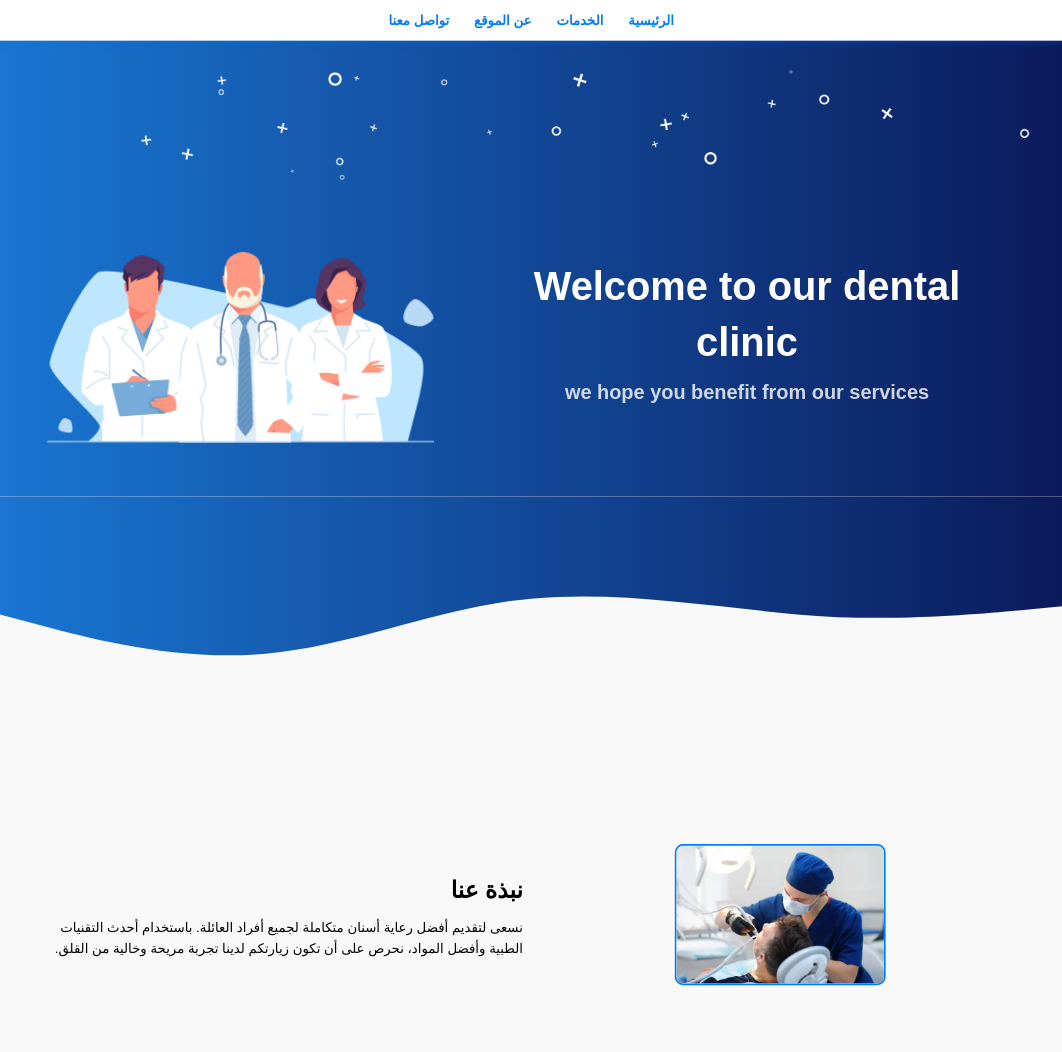
Repository: mysite4/s
Page: http://localhost/
The author's editor kept a copy of each file at every save. The page is drawn from the files as they stood at one save, then again after the next save.
The browser window is 1280 px wide. The pictures show the whole page, at 83% of full size.
Some web fonts or font styles are not loaded; a fallback is used. The page is served by the project's application, run on Django 5.2 (manage.py). Other server files are loaded and not shown.

Above is the page before, as saved 2025-10-19 23:07:15.

### main/templates/home.html
{% load static %}
<!DOCTYPE html>
<html lang="ar" dir="rtl">
<head>
<meta charset="UTF-8">
<meta name="viewport" content="width=device-width, initial-scale=1.0">
<title>هيدر مثل Clindo</title>
<link href="https://fonts.googleapis.com/css2?family=Cairo:wght@200..1000&display=swap" rel="stylesheet">
<link rel="stylesheet" href="{% static 'css/style.css' %}">
</head>
<body>

<nav>
  <ul>
    <li><a href="#">الرئيسية</a></li>
    <li><a href="#">الخدمات</a></li>
    <li><a href="#">عن الموقع</a></li>
    <li><a href="#">تواصل معنا</a></li>
  </ul>
</nav>
<!-- الصورة الشفافة أسفل النافبار -->


<header>
  <div class="header-image">
  <img src="{% static 'image/44.png' %}" alt="صورة شفافة">
</div>
  <div class="header-content">
    <div class="header-text">
      <h1>Welcome to our dental clinic</h1>
      <h3>we hope you benefit from our services</h3>
    </div>
    <div class="header-icon">
      <img src="{% static 'image/r.png.png' %}" alt="ريم">
    </div>
  </div>


</header>
<!-- موجة بعد الهيدر -->
<svg class="waves" xmlns="http://www.w3.org/2000/svg" viewBox="0 0 1440 320">
  <defs>
    <linearGradient id="waveGradient" x1="0%" y1="0%" x2="100%" y2="0%">
      <stop offset="0%" style="stop-color:#1976d2;stop-opacity:1"  />
      <stop offset="100%" style="stop-color:#0b1a5b;stop-opacity:1"/>
    </linearGradient>
  </defs>
  <path fill="url(#waveGradient)"
        d="M0,160L60,176C120,192,240,224,360,213.3C480,203,600,149,720,138.7C840,128,960,149,1080,160C1200,171,1320,160,1380,154.7L1440,149L1440,0L0,0Z">
  </path>
</svg>

<main>
  <div class="about-section">
    <div class="about-image">
      <img src="{% static 'image/9.webp' %}" alt="صورة طبيب أسنان">
    </div>
    <div class="about-text">
      <h2>نبذة عنا</h2>
      <p>نسعى لتقديم أفضل رعاية أسنان متكاملة لجميع أفراد العائلة. باستخدام أحدث التقنيات الطبية وأفضل المواد، نحرص على أن تكون زيارتكم لدينا تجربة مريحة وخالية من القلق.</p>
    </div>
  </div>
</main>



</body>
</html>

### mysite/urls.py
"""
URL configuration for mysite project.

The `urlpatterns` list routes URLs to views. For more information please see:
    https://docs.djangoproject.com/en/5.2/topics/http/urls/
Examples:
Function views
    1. Add an import:  from my_app import views
    2. Add a URL to urlpatterns:  path('', views.home, name='home')
Class-based views
    1. Add an import:  from other_app.views import Home
    2. Add a URL to urlpatterns:  path('', Home.as_view(), name='home')
Including another URLconf
    1. Import the include() function: from django.urls import include, path
    2. Add a URL to urlpatterns:  path('blog/', include('blog.urls'))
"""
from django.contrib import admin
from django.urls import path, include

urlpatterns = [
    path('admin/', admin.site.urls),
    path('', include('main.urls')),
]

### main/static/css/style.css
/* إعدادات عامة */
html, body {
  margin: 0;
  padding: 0;
  width: 100%;
  font-family: 'Cairo', sans-serif;
  background-color: #f9f9f9;
}

/* Navbar */
nav {
  width: 100%;
  background-color: #ffffff;
  box-shadow: 0 4px 8px rgba(0, 123, 255, 0.2);
  position: fixed;
  top: 0;
  z-index: 1000;
}

nav ul {
  display: flex;
  justify-content: center;
  list-style: none;
  margin: 0;
  padding: 0 30px;
}

nav ul li {
  margin: 0 15px;
}

nav ul li a {
  text-decoration: none;
  color: #007bff;
  font-weight: 600;
  padding: 15px 0;
  display: inline-block;
  transition: color 0.3s, border-bottom 0.3s;
}

nav ul li a:hover {
  color: #0056b3;
  border-bottom: 3px solid #007bff;
}

/* صورة شفافة أسفل النافبار */
.header-image {
  width: 100%;
  margin-top: 60px; /* لتجنب تغطية النافبار */
}

.header-image img {
  width: 100%;
  height: auto;
  display: block;
}

/* Header */
/* Header */
header {
  position: relative;
  width: 100%;
  min-height: 200px; /* انخفاض طول الهيدر */
  overflow: hidden;
  background: linear-gradient(to left, #0b1a5b, #1976d2); /* تدرج أفقي من اليمين لليسار */
  display: flex;
  flex-direction: column;
  justify-content: center;
  align-items: center;
  padding: 20px 0 0 0; /* تقليل المسافة العليا */
}

.about-section {
  display: flex;          /* أعمدة */
  flex-wrap: wrap;        /* تجعل الأعمدة تتجاوب على الشاشات الصغيرة */
  justify-content: space-between;
  align-items: center;
  max-width: 1200px;
  margin: 50px auto;
  gap: 20px;
}

.about-image, .about-text {
  flex: 1 1 45%;          /* كل عمود يأخذ تقريباً نصف المساحة، مع قابلية الانكماش */
}
.about-image img {
  width: 100%;
  max-width: 250px; /* ✅ تصغير الصورة */
  height: auto;     /* الحفاظ على تناسب الأبعاد */
  border-radius: 10px;
  border: 2px solid #007bff;
  margin: 0 auto;   /* محاذاة الصورة في المنتصف */
  display: block;
}

.about-text {
  text-align: right;
}

.about-text h2 {
  font-size: 28px;
  margin-bottom: 15px;
}

.about-text p {
  font-size: 16px;
  line-height: 1.6;
}

/* Media Queries لتجاوب الأعمدة على الشاشات الصغيرة */
@media (max-width: 768px) {
  .about-section {
    flex-direction: column;   /* تصبح عمود واحد */
    align-items: center;
  }
  .about-text {
    text-align: center;
  }
  .about-image img {
    max-width: 200px;         /* تصغير الصورة للشاشات الصغيرة */
  }
}

/* محتوى الهيدر (نصوص + صورة) */
.header-content {
  display: flex;
  flex-direction: row;
  justify-content: space-between;
  align-items: center;
  width: 100%;
  max-width: 1200px;
  padding: 20px 50px;
  margin-top: 5px;
}

.header-text {
  color: white;
  max-width: 50%;
  text-align:center;
  line-height: 1.4;
  padding: 40px;
}

.header-text h1 {
  font-size: 48px;
  margin: 0;
}

.header-text h3 {
  font-size: 24px;
  margin-top: 10px;
  color: rgba(255,255,255,0.8);
}

/* صورة الهيدر */
.header-icon img {
  width: 500px;
  height: auto;
  border-radius: 15px;
}



/* محتوى الصفحة */
main {
  padding: 30px 50px;
  margin-top: 50px;
}

/* Media Queries */
@media (max-width: 992px) {
  .header-content {
    flex-direction: column;
    text-align: center;
    padding: 0 20px;
  }

  .header-text {
    max-width: 100%;
    margin-bottom: 20px;
    text-align: center;
  }

  .header-icon img {
    width: 80%;
  }

  nav ul {
    justify-content: center;
  }
}

Loaded but not shown: main/views.py (common file); main/urls.py (common file)

After the next save:
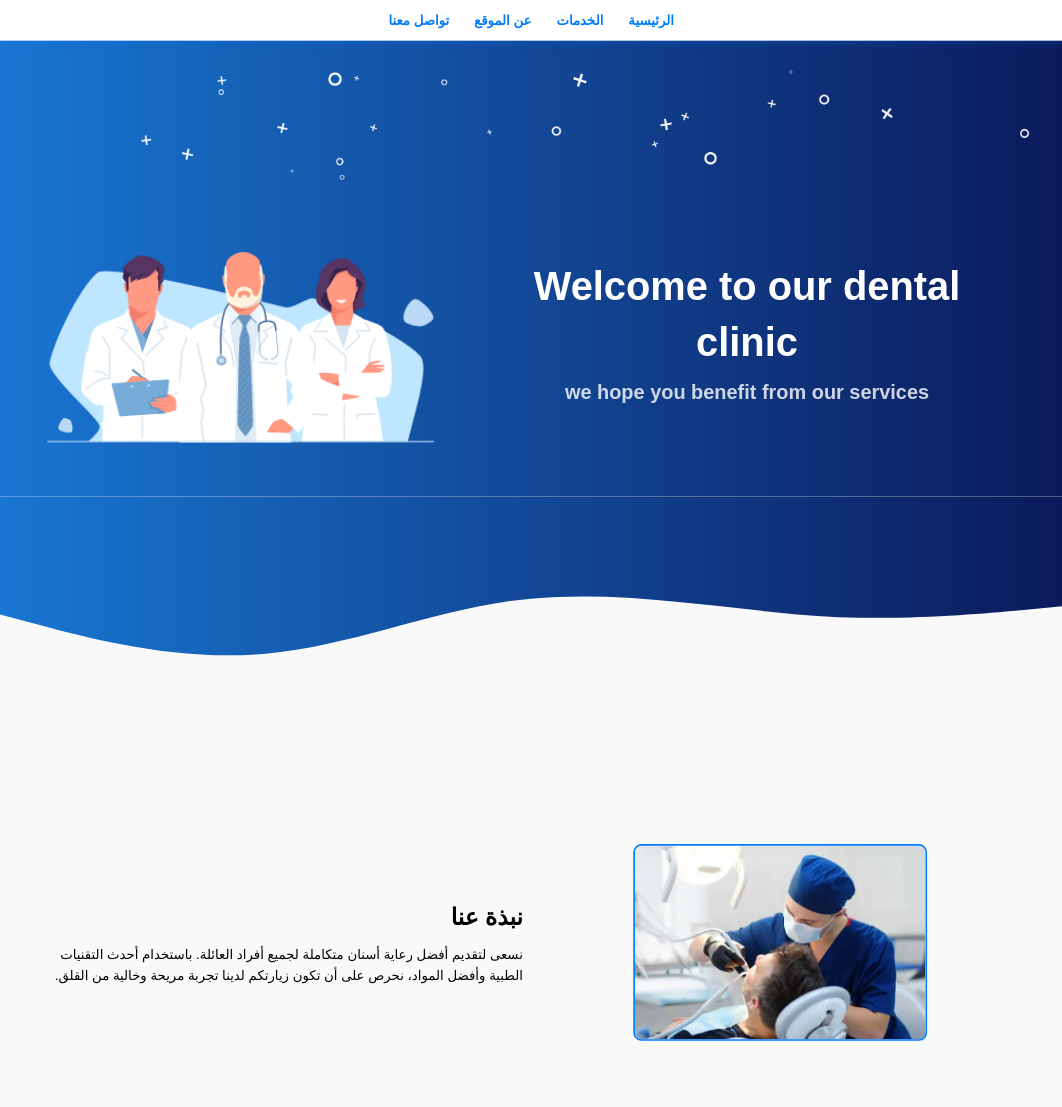
Saved 23 s later.
--- a/main/static/css/style.css
+++ b/main/static/css/style.css
@@ -85,7 +85,7 @@ header {
 }
 .about-image img {
   width: 100%;
-  max-width: 250px; /* ✅ تصغير الصورة */
+  max-width: 350px; /* ✅ تصغير الصورة */
   height: auto;     /* الحفاظ على تناسب الأبعاد */
   border-radius: 10px;
   border: 2px solid #007bff;
